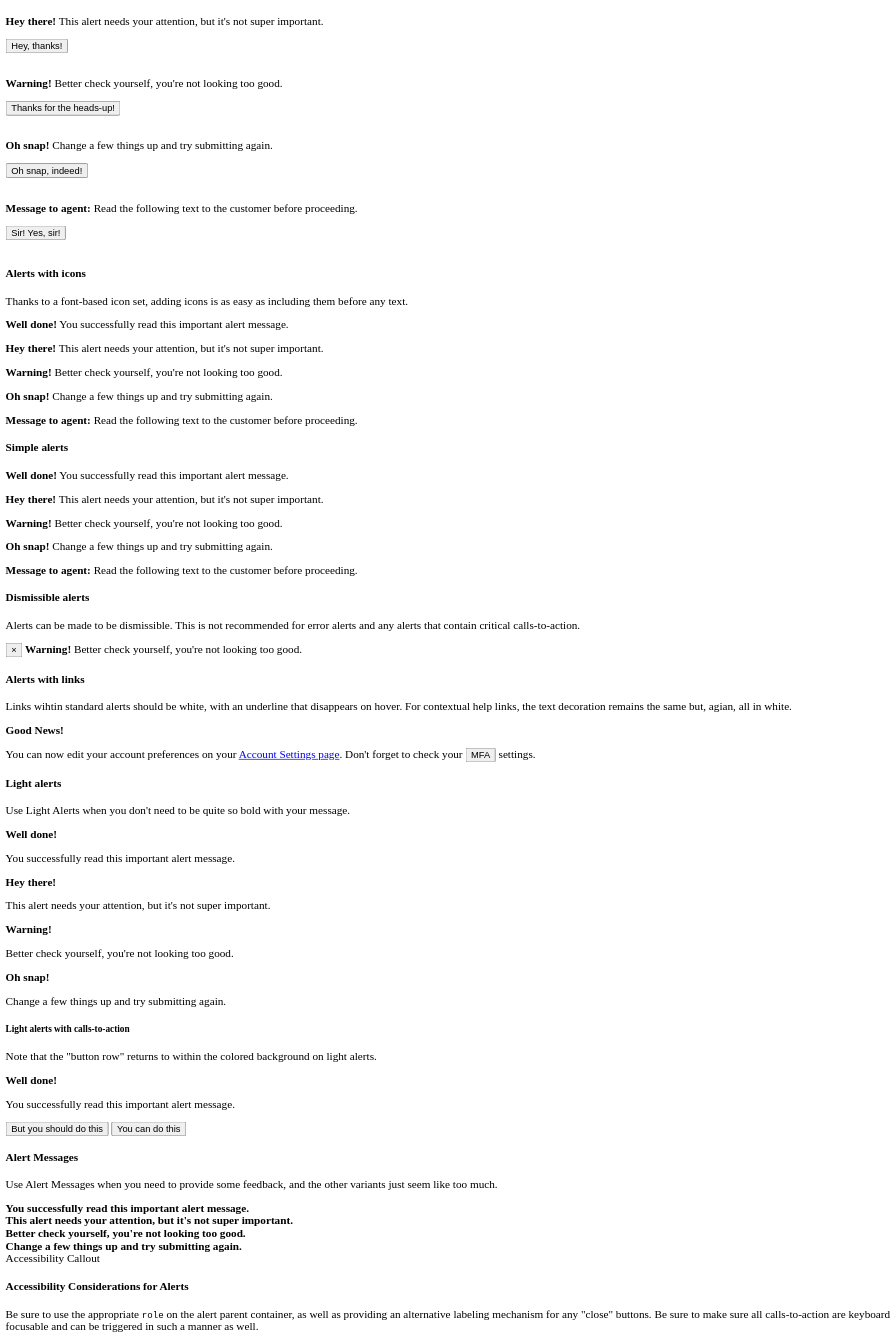
Repository: WTW-IM/bda-ui-toolkit
Page: docs/_includes/containers/alerts.html
The author's editor kept a record of every edit. The page is drawn from the files as they stood at one moment, then again after the next edit.
The browser window is 1280 px wide. The pictures show the part of the page from y = 683 to 2603 px (the page is 2603 px tall before and 2600 px after), at 70% of full size.

Above is the page before.

### docs/_includes/containers/alerts.html
<div class="bs-docs-section">
  <h2 id="alerts" class="page-header">Alerts</h2>

  <p class="lead">Alerts are used to present contextual information to convey success, supplemental information, warnings, or errors.</p>

  <h3 id="alerts-variants">Variants</h4>
  <h4 id="alerts-full">Fully-featured examples (all the bells &amp; whistles)</h3>
  <p>There are many add-ons to alerts, including icons, dismiss controls, and call(s)-to-action.</p>
  <p><small>Okay, so we lied... these don't have <em>all</em> the bells and whistles. When you have one or more calls-to-action, you should not use a dismiss (&times;) button.</small></p>

  <div class="bs-example" data-example-id="full-alerts">
    <p>With only one call-to-action:</p>
    <div class="alert alert-success alert-cta indented" role="alert">
      <span class="icon ok-circle" aria-hidden="true"></span>
      <strong>Success!</strong>
      <p>Now you need to do something else.</p>
      <span class="btn-row">
        <button type="button" class="btn btn-primary">Let's do this thing!</button>
      </span>
    </div>

    <p>With primary and secondary calls-to-action:</p>
    <div class="alert alert-warning alert-cta indented" role="alert">
      <span class="icon exclamation-sign" aria-hidden="true"></span>
      <strong>You have an important decision to make</strong>
      <p>You can do one thing, or the other.</p>
      <span class="btn-row">
      <button type="button" class="btn btn-primary">But you should do this</button> <button type="button" class="btn btn-default">You can do this</button>
      </span>
    </div>
    <br clear="both"/>
  </div>

  <h4 id="alerts-buttons">Alerts with buttons</h4>
  <p>Thanks to a font-based icon set, adding icons is as easy as including them before any text.</p>
  <div class="bs-example" data-example-id="simple-alerts">
    <div class="alert alert-success alert-cta" role="alert">
      <p><span class="icon ok-circle" aria-hidden="true"></span> <strong>Well done!</strong> You successfully read this important alert message.</p>
      <span class="btn-row">
        <button type="button" class="btn btn-primary">Hooray!</button>
      </span>
    </div>
    <br clear="both"/>
    <div class="alert alert-info alert-cta" role="alert">
      <p><span class="icon info-circle" aria-hidden="true"></span> <strong>Hey there!</strong> This alert needs your attention, but it's not super important.</p>
      <span class="btn-row">
        <button type="button" class="btn btn-primary">Hey, thanks!</button>
      </span>
    </div>
    <br clear="both"/>
    <div class="alert alert-warning alert-cta" role="alert">
      <p><span class="icon exclamation-sign" aria-hidden="true"></span> <strong>Warning!</strong> Better check yourself, you're not looking too good.</p>
      <span class="btn-row">
        <button type="button" class="btn btn-primary">Thanks for the heads-up!</button>
      </span>
    </div>
    <br clear="both"/>
    <div class="alert alert-danger alert-cta" role="alert">
      <p><span class="icon exclamation-circle" aria-hidden="true"></span> <strong>Oh snap!</strong> Change a few things up and try submitting again.</p>
      <span class="btn-row">
        <button type="button" class="btn btn-primary">Oh snap, indeed!</button>
      </span>
    </div>
    <br clear="both"/>
    <div class="alert alert-agent alert-cta" role="alert">
      <p><span class="icon agent" aria-hidden="true"></span> <strong>Message to agent:</strong> Read the following text to the customer before proceeding.</p>
      <span class="btn-row">
        <button type="button" class="btn btn-primary">Sir! Yes, sir!</button>
      </span>
    </div>
    <br clear="both"/>
  </div>

  <h4 id="alerts-icons">Alerts with icons</h4>
  <p>Thanks to a font-based icon set, adding icons is as easy as including them before any text.</p>
  <div class="bs-example" data-example-id="simple-alerts">
    <div class="alert alert-success" role="alert">
      <p><span class="icon ok-circle" aria-hidden="true"></span> <strong>Well done!</strong> You successfully read this important alert message.</p>
    </div>
    <div class="alert alert-info" role="alert">
      <p><span class="icon info-circle" aria-hidden="true"></span> <strong>Hey there!</strong> This alert needs your attention, but it's not super important.</p>
    </div>
    <div class="alert alert-warning" role="alert">
      <p><span class="icon exclamation-sign" aria-hidden="true"></span> <strong>Warning!</strong> Better check yourself, you're not looking too good.</p>
    </div>
    <div class="alert alert-danger" role="alert">
      <p><span class="icon exclamation-circle" aria-hidden="true"></span> <strong>Oh snap!</strong> Change a few things up and try submitting again.</p>
    </div>
    <div class="alert alert-agent" role="alert">
      <p><span class="icon agent" aria-hidden="true"></span> <strong>Message to agent:</strong> Read the following text to the customer before proceeding.</p>
    </div>
  </div>

  <h4 id="alerts-simple">Simple alerts</h4>
  <div class="bs-example" data-example-id="simple-alerts">
    <div class="alert alert-success" role="alert">
      <p><strong>Well done!</strong> You successfully read this important alert message.</p>
    </div>
    <div class="alert alert-info" role="alert">
      <p><strong>Hey there!</strong> This alert needs your attention, but it's not super important.</p>
    </div>
    <div class="alert alert-warning" role="alert">
      <p><strong>Warning!</strong> Better check yourself, you're not looking too good.</p>
    </div>
    <div class="alert alert-danger" role="alert">
      <p><strong>Oh snap!</strong> Change a few things up and try submitting again.</p>
    </div>
    <div class="alert alert-agent" role="alert">
      <p><strong>Message to agent:</strong> Read the following text to the customer before proceeding.</p>
    </div>
  </div>

  <h4 id="alerts-dismiss"></span>Dismissible alerts</h4>
  <p>Alerts can be made to be dismissible. This is not recommended for error alerts and any alerts that contain critical calls-to-action.</p>

  <div class="bs-example" data-example-id="dismissible-alert-css">
    <div class="alert alert-warning alert-dismissible" role="alert">
      <button type="button" class="close" data-dismiss="alert" aria-label="Close"><span aria-hidden="true">&times;</span></button>
      <strong>Warning!</strong> Better check yourself, you're not looking too good.
    </div>
  </div>

  <h4 id="alerts-links"></span>Alerts with links</h4>
  <p>Links wihtin standard alerts should be white, with an underline that disappears on hover. For contextual help links, the text decoration remains the same but, agian, all in white.</p>

  <div class="bs-example" data-example-id="dismissible-alert-css">
    <div class="alert alert-info indented" role="alert">
      <span class="icon info-circle" aria-hidden="true"></span>
      <strong>Good News!</strong>
      <p>You can now edit your account preferences on your <a href="javascript:;">Account Settings page</a>. Don't forget to check your <button type="button" class="popover-link bs-docs-popover" data-toggle="popover" data-trigger="focus" data-placement="bottom" data-container="body" title="Multi-Factor Authentication" data-content="A method of verifying your identity through an additional method&mdash;such as providing a code sent to you via text message, email, or a phone call." data-original-title="Contextual popover 1">MFA</button> settings.</p>
    </div>
  </div>

  <h4 id="alerts-light">Light alerts</h4>
  <p>Use Light Alerts when you don't need to be quite so bold with your message.</p>

  <div class="bs-example" data-example-id="dismissible-alert-css">
    <div class="alert alert-success-light indented" role="alert">
      <span class="icon ok-circle" aria-hidden="true"></span>
      <strong>Well done!</strong>
      <p>You successfully read this important alert message.</p>
    </div>
    <div class="alert alert-info-light indented" role="alert">
      <span class="icon info-circle" aria-hidden="true"></span>
      <strong>Hey there!</strong>
      <p>This alert needs your attention, but it's not super important.</p>
    </div>
    <div class="alert alert-warning-light indented" role="alert">
      <span class="icon exclamation-sign" aria-hidden="true"></span>
      <strong>Warning!</strong>
      <p>Better check yourself, you're not looking too good.</p>
    </div>
    <div class="alert alert-danger-light indented" role="alert">
      <span class="icon exclamation-circle" aria-hidden="true"></span>
      <strong>Oh snap!</strong>
      <p>Change a few things up and try submitting again.</p>
    </div>
  </div>

  <h5 id="alerts-light-cta">Light alerts with calls-to-action</h4>
  <p>Note that the "button row" returns to within the colored background on light alerts.</p>

  <div class="bs-example" data-example-id="dismissible-alert-css">
    <div class="alert alert-cta alert-success-light indented" role="alert">
      <span class="icon ok-circle" aria-hidden="true"></span>
      <strong>Well done!</strong>
      <p>You successfully read this important alert message.</p>
      <span class="btn-row">
        <button type="button" class="btn btn-primary">But you should do this</button> <button type="button" class="btn btn-default-dark">You can do this</button>
      </span>
    </div>
  </div>

  <h4 id="alerts-messages">Alert Messages</h4>
  <p>Use Alert Messages when you need to provide some feedback, and the other variants just seem like too much.</p>

  <div class="bs-example" data-example-id="dismissible-alert-css">
    <div class="alert alert-success-msg" role="alert">
      <span class="icon ok-circle" aria-hidden="true"></span>
      <strong>You successfully read this important alert message.</strong>
    </div>
    <div class="alert alert-info-msg" role="alert">
      <span class="icon info-circle" aria-hidden="true"></span>
      <strong>This alert needs your attention, but it's not super important.</strong>
    </div>
    <div class="alert alert-warning-msg" role="alert">
      <span class="icon exclamation-sign" aria-hidden="true"></span>
      <strong>Better check yourself, you're not looking too good.</strong>
    </div>
    <div class="alert alert-danger-msg" role="alert">
      <span class="icon exclamation-circle" aria-hidden="true"></span>
      <strong>Change a few things up and try submitting again.</strong>
    </div>
  </div>

  <div class="bs-callout bs-callout-accessibility" id="callout-glyphicons-accessibility">
    <span class="accessibility-tag"><span class="icon accessibility"></span> Accessibility Callout</span>
    <h4>Accessibility Considerations for Alerts</h4>
    <p>Be sure to use the appropriate <code>role</code> on the alert parent container, as well as providing an alternative labeling mechanism for any "close" buttons. Be sure to make sure all calls-to-action are keyboard focusable and can be triggered in such a manner as well.</p>
  </div>

</div>

After the next edit:
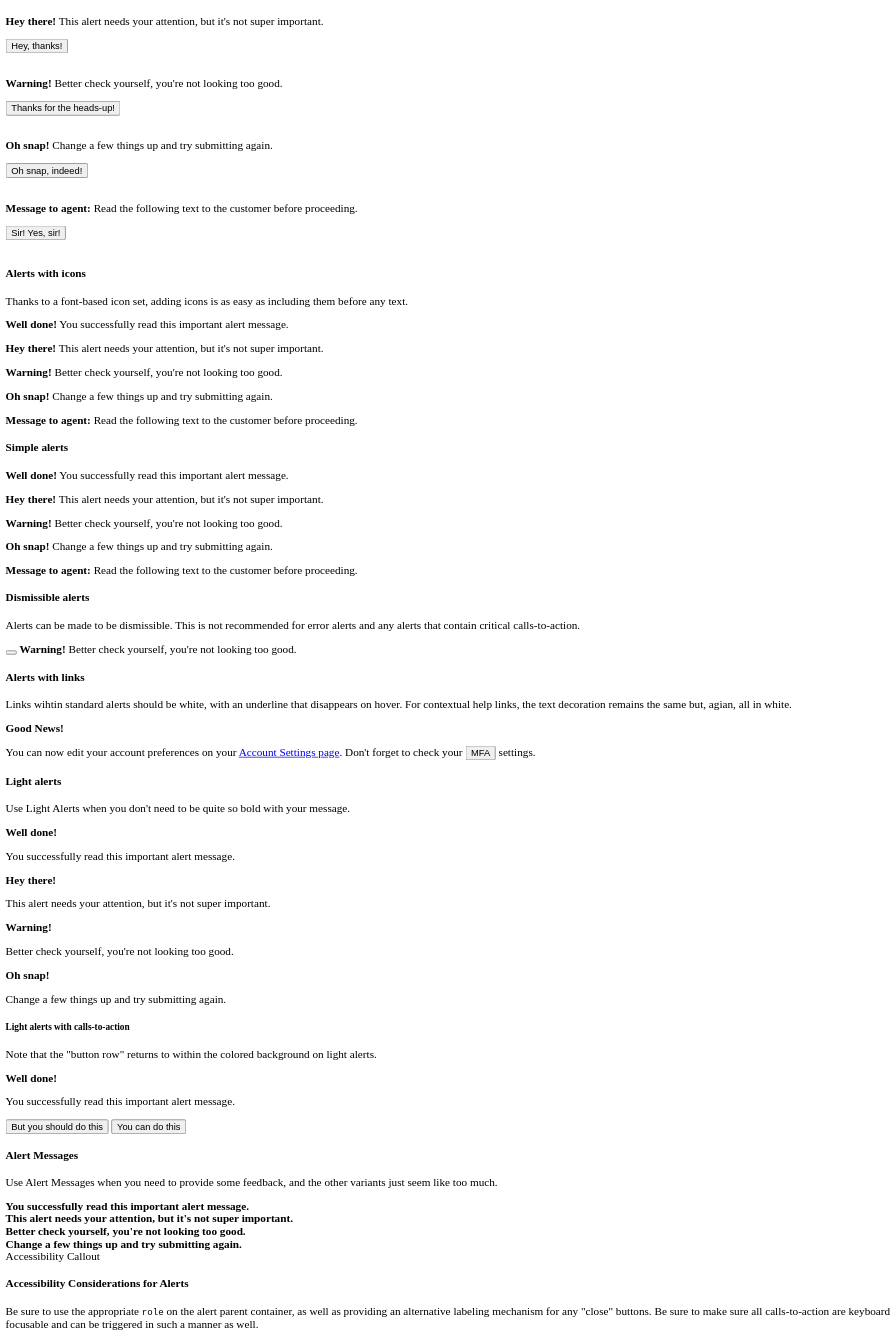
The edit:
--- a/docs/_includes/containers/alerts.html
+++ b/docs/_includes/containers/alerts.html
@@ -115,7 +115,7 @@
 
   <div class="bs-example" data-example-id="dismissible-alert-css">
     <div class="alert alert-warning alert-dismissible" role="alert">
-      <button type="button" class="close" data-dismiss="alert" aria-label="Close"><span aria-hidden="true">&times;</span></button>
+      <button type="button" class="close" data-dismiss="alert" aria-label="Close"><span class="icon remove" aria-hidden="true"></span></button>
       <strong>Warning!</strong> Better check yourself, you're not looking too good.
     </div>
   </div>
